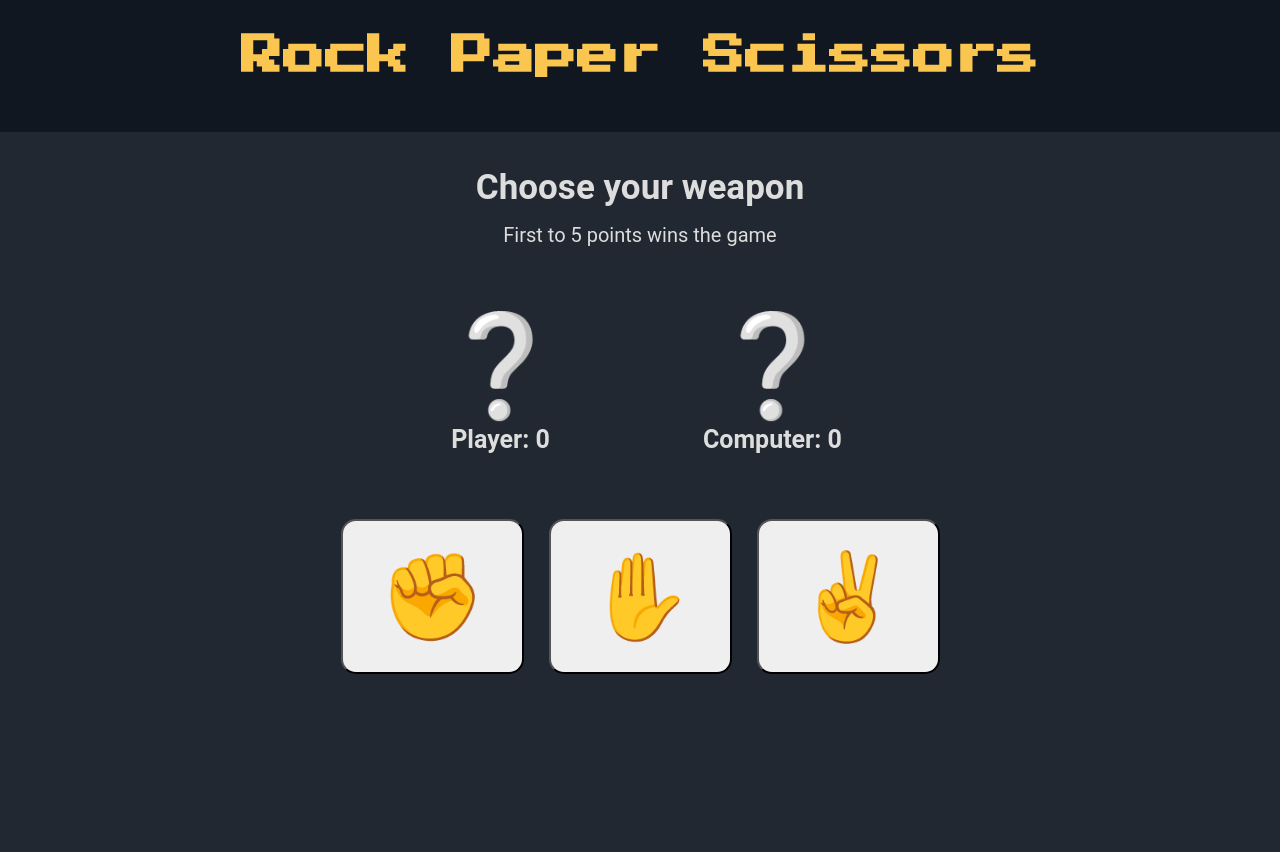
Repository: Aaryan-Poria/Rock-Paper-Scissors
Page: index.html
These files come from the project's save history. The page is drawn as it stood at one moment and after the next save; the edit follows.
The browser window is 1280 px wide. The pictures show the whole page.

Above is the page before, as saved 2023-08-23 20:06:28.

### index.html
<!DOCTYPE html>
<html lang="en">
  <head>
    <meta charset="UTF-8" />
    <meta name="viewport" content="width=device-width, initial-scale=1.0" />
    <title>Rock Paper Scissors</title>
    <link rel="preconnect" href="https://fonts.googleapis.com" />
    <link rel="preconnect" href="https://fonts.gstatic.com" crossorigin />
    <link
      href="https://fonts.googleapis.com/css2?family=Press+Start+2P&display=swap"
      rel="stylesheet"
    />
    <link rel="stylesheet" href="style.css" />
  </head>

  <body>
    <section class="head">
      <h2>Rock Paper Scissors</h2>
    </section>
    <section class="main">
      <div class="main-text">
        <h3>Choose your weapon</h3>
        <p>First to 5 points wins the game</p>
      </div>
      <div class="text-content">
        <div class="info player">
          <p class="qmark 1">❔</p>
          <p class="score 1">Player: 0</p>
        </div>
        <div class="info comp">
          <p class="qmark 2">❔</p>
          <p class="score 2">Computer: 0</p>
        </div>
      </div>
      <div class="buttons">
        <button class="btn rock">✊</button>
        <button class="btn paper">✋</button>
        <button class="btn scissors">✌</button>
      </div>
    </section>
  </body>
</html>

### style.css
body {
  margin: 0;
  padding: 0;
  display: flex;
  flex-direction: column;
  min-height: 100%;
  min-width: 100%;
}
.head {
  display: flex;
  justify-content: center;
  align-items: center;
  color: #fac650;
  background-color: #111720;
  font-family: "Press Start 2P", cursive;
  height: 7rem;
  font-size: 1.75rem;
  padding-bottom: 20px;
}
.main {
  display: flex;
  flex-grow: 1;
  height: 100vh;
  flex-direction: column;
  background-color: #222831;
  color: #dddddd;
  font-family: "Roboto", sans-serif;
  align-items: center;
  /* border: 1px solid red; */
}

.main-text {
  /* border: 1px solid green; */
  display: flex;
  flex-direction: column;
  justify-content: center;
  align-items: center;
}
.main-text > h3 {
  font-size: 35px;
}
.main-text > p {
  font-size: 20px;
  margin-top: -20px;
}
.text-content {
  display: flex;
  width: 100%;
  /* border: 1px solid yellow; */
  display: flex;
  font-size: 25px;
  font-weight: bold;
  justify-content: center;
  align-items: center;
  gap: 140px;
  margin-top: 40px;
}
.info {
  display: flex;
  flex-direction: column;
  justify-content: center;
  align-items: center;
}
.qmark {
  font-weight: 100;
  margin: 0;
  padding: 0;
  font-size: 100px;
}
.score {
  margin: 0;
}
.buttons {
  display: flex;
  justify-content: center;
  align-items: flex-start;
  flex: 1;
  width: 100%;
  margin-top: 65px;
  gap: 25px;
}
.btn {
  height: 155px;
  width: 183px;
  font-size: 85px;
  border-radius: 15px;
}

After the next save:
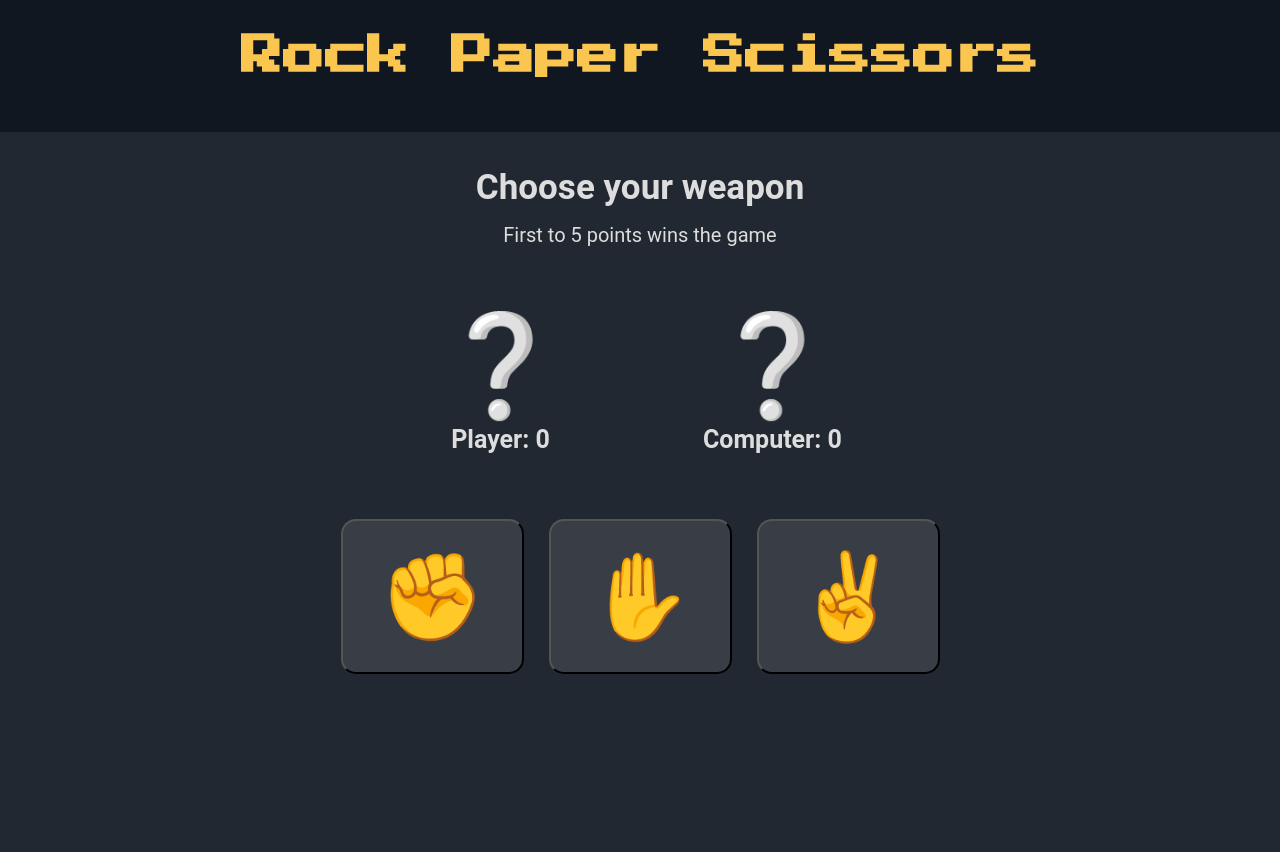
Saved 2 min 35 s later.
--- a/style.css
+++ b/style.css
@@ -84,4 +84,6 @@ body {
   width: 183px;
   font-size: 85px;
   border-radius: 15px;
+  color: #c0c1c2;
+  background-color: #393e46;
 }
